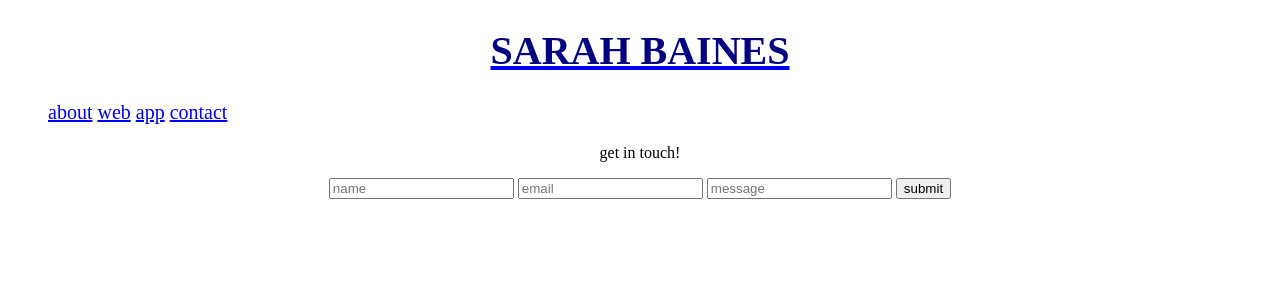
Repository: bainesface/bainesface.github.io
Page: contact.html
An editor plug-in stored every save of this project. The page is shown before and after the next save, followed by the edit.
The browser window is 1280 px wide. The pictures show the whole page.

Above is the page before, as saved 2020-04-27 12:38:47.

### contact.html
<!DOCTYPE html>
<html lang="en">
  <head>
    <meta charset="UTF-8" />
    <meta name="viewport" content="width=device-width, initial-scale=1.0" />
    <meta http-equiv="X-UA-Compatible" content="ie=edge" />
    <link rel="stylesheet" href="index.css" />
    <title>My Portfolio Site</title>
  </head>
  <body>
    <a href="index.html">
      <h1 class="title">
        <center>SARAH BAINES</center>
      </h1>
    </a>
    <menu class="menu"
      ><a href="about.html"> about</a>
      <a href="web.html">web</a>
      <a href="app.html">app</a>
      <a href="contact.html">contact</a>
    </menu>

    <p class="paragraph"><center>get in touch!</center></p>
    <form action="contact me">
      <center>
        <input type="text" placeholder="name" />
        <input type="text" placeholder="email" />
        <input tupe="text" placeholder="message" />
        <button type="submit">submit</button>
      </center>
    </form>
  </body>
</html>

### index.css
.title {
  font-size: 30pt;
  color: navy;
  font-family: 'PT Sans';
}

.menu {
  font-size: 15pt;
  font-family: 'PT Sans';
  text-decoration: none;
}

.paragraph {
  font-size: 15pt;
  font-family: 'PT Sans';
}

After the next save:
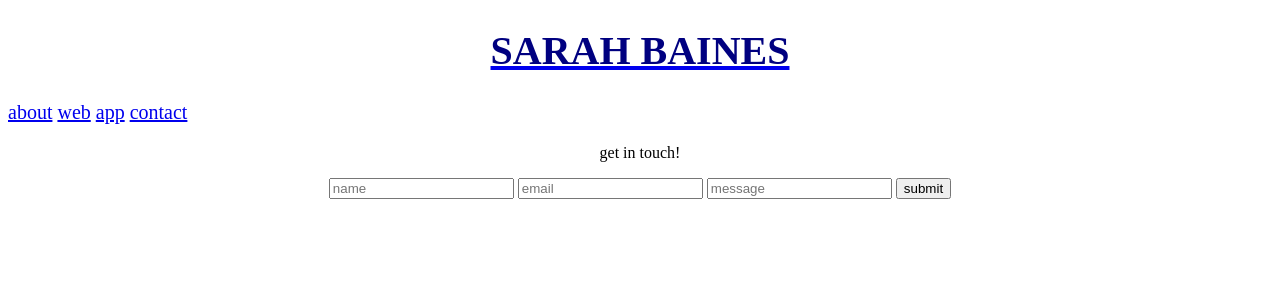
Saved 18 s later.
--- a/contact.html
+++ b/contact.html
@@ -13,12 +13,12 @@
         <center>SARAH BAINES</center>
       </h1>
     </a>
-    <menu class="menu"
-      ><a href="about.html"> about</a>
+    <nav class="menu">
+      <a href="about.html"> about</a>
       <a href="web.html">web</a>
       <a href="app.html">app</a>
       <a href="contact.html">contact</a>
-    </menu>
+    </nav>
 
     <p class="paragraph"><center>get in touch!</center></p>
     <form action="contact me">
